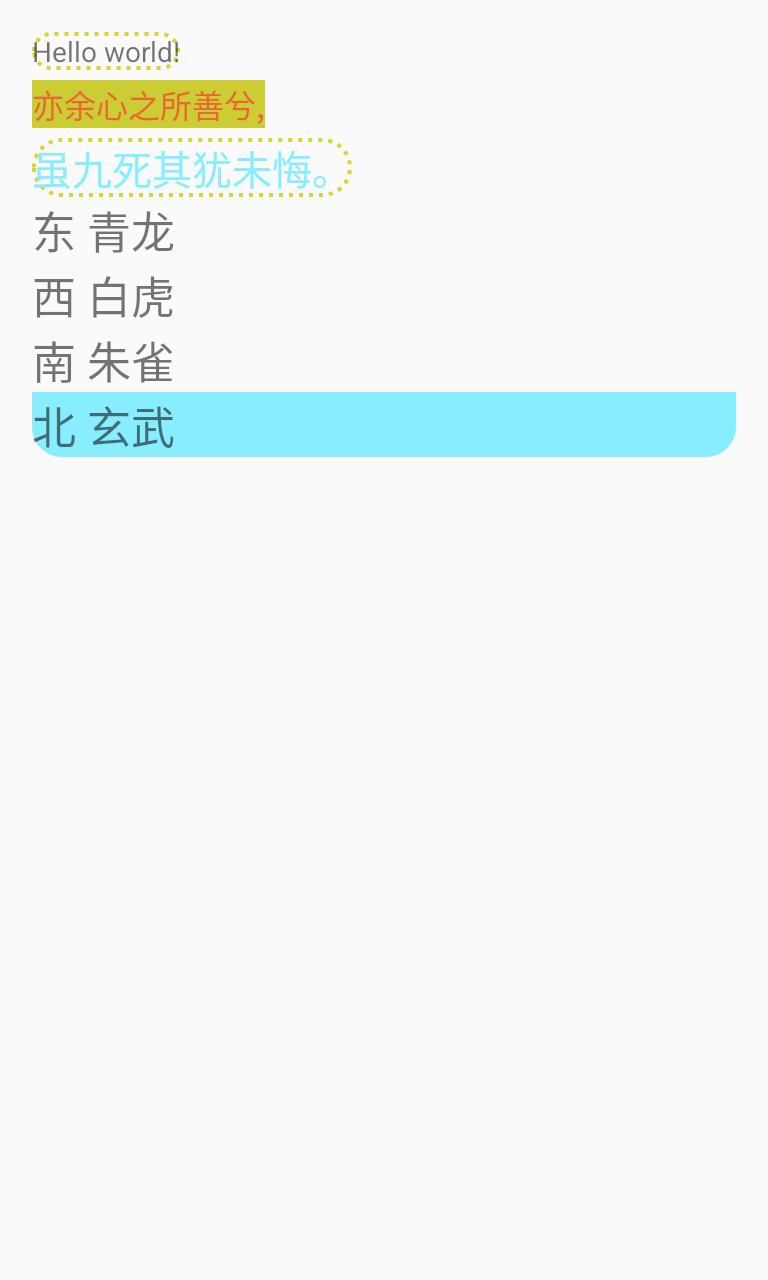
Repository: duhei/cici
Layout: GitHubFrist/res/layout/activity_main.xml
These files come from the project's save history. The layout is drawn as it stood at one moment and after the next save; the edit follows.
It is drawn on a 768 x 1280 px phone screen (xhdpi) without system bars, with theme AppTheme; the app's code is not run.

Above is the layout before, as saved 2015-07-10 08:51:24.

After the next save:
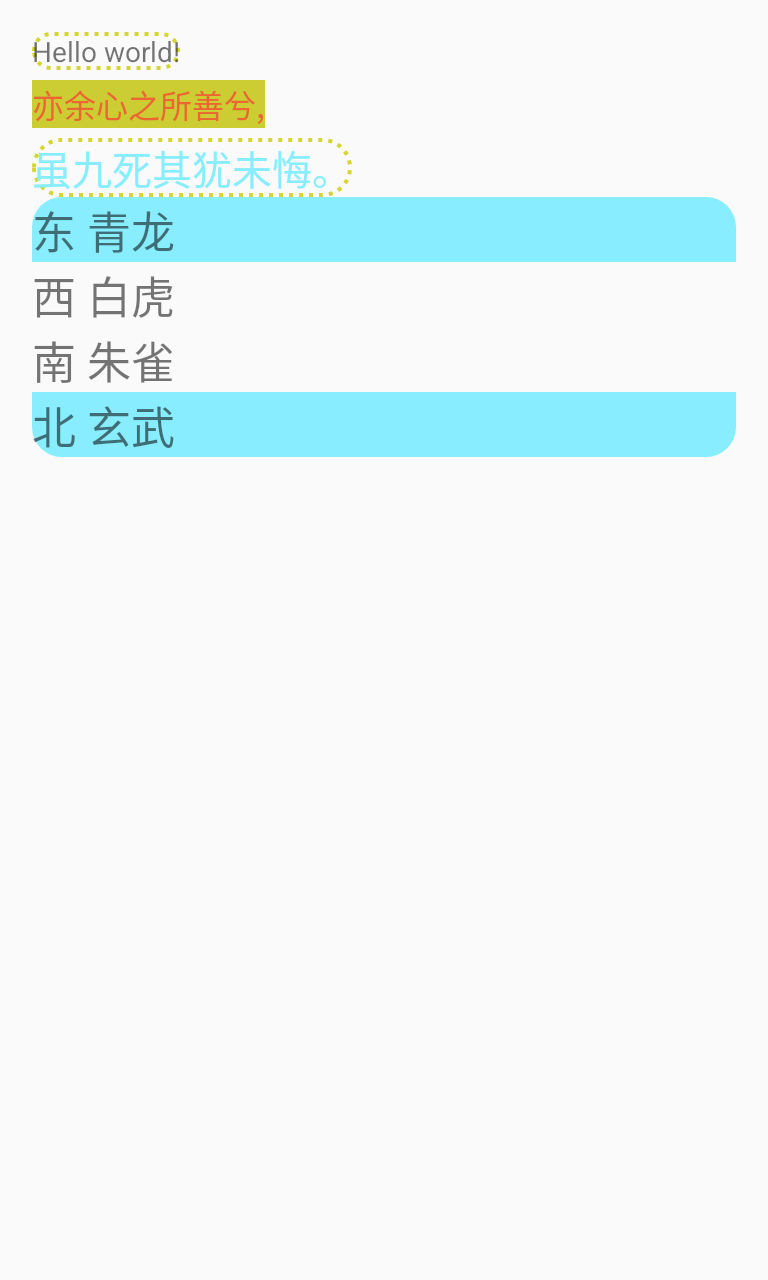
Saved 12 s later.
--- a/GitHubFrist/res/drawable-hdpi/con_shape_top.xml
+++ b/GitHubFrist/res/drawable-hdpi/con_shape_top.xml
@@ -7,4 +7,7 @@
         android:bottomRightRadius="0dp"
         />
 
+    <gradient android:startColor="#FF88EEFF"
+        android:endColor="#FF88EEFF"/>
+
 </shape>
